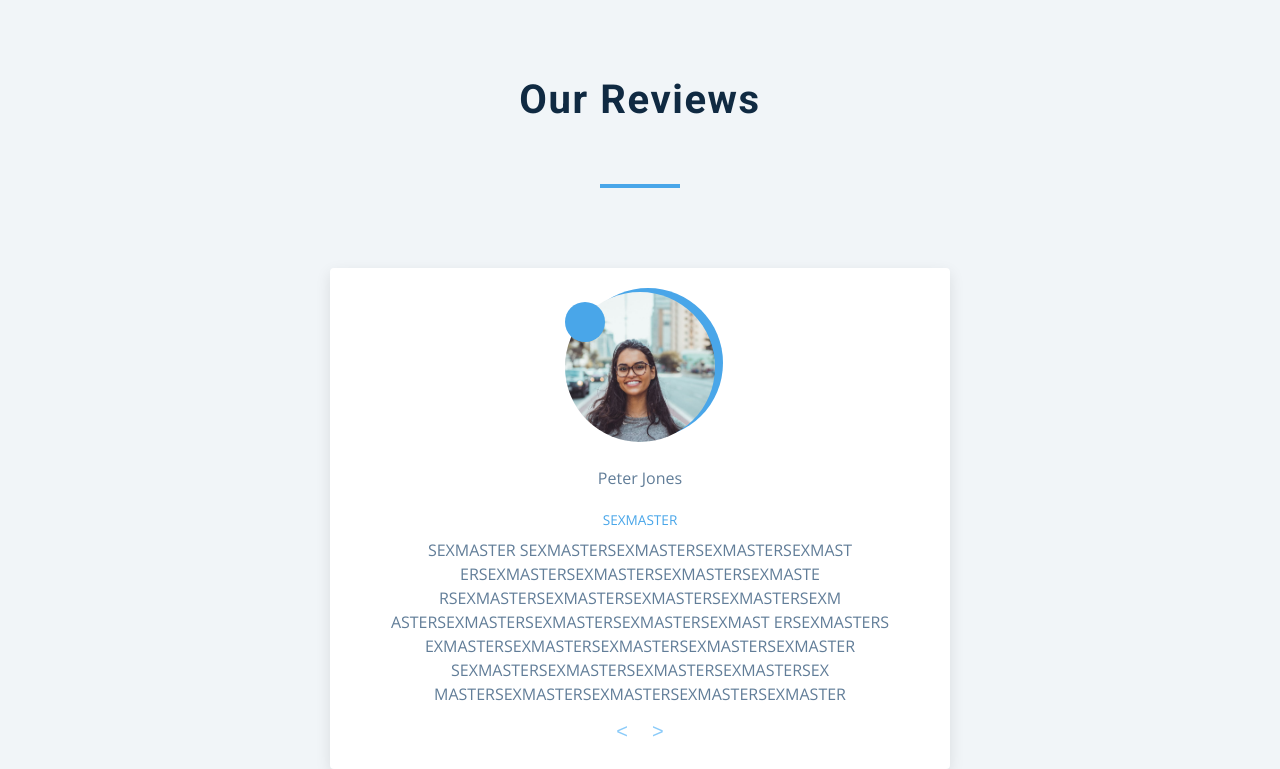
Repository: hseunghwan/practice-vanilla-javascript
Page: Carousel/Carousel.html
An editor plug-in stored every save of this project. The page is shown before and after the next save, followed by the edit.
The browser window is 1280 px wide. The pictures show the whole page.

Above is the page before, as saved 2023-05-10 20:40:38.

### Carousel/Carousel.html
<!DOCTYPE html>
<html>
    <head>
        <title>Carousel</title>
        <link rel="stylesheet" href="Carousel.css" />
        <script src="app.js"></script>
    </head>
    <body>
        <div class="section">
            <h2 class="title">Our Reviews</h2>
            <div class="underline"></div>
        </div>
        <div class="container section-center">
            <div class="main">
                <div class="review">
                    <div class="img-container">
                        <img src="person-1.jpeg" alt="" id="person-img" />
                    </div>
                    <p id="auther">Peter Jones</p>
                    <p id="job">SEXMASTER</p>
                    <p id="info">
                        SEXMASTER SEXMASTERSEXMASTERSEXMASTERSEXMAST ERSEXMASTERSEXMASTERSEXMASTERSEXMASTE RSEXMASTERSEXMASTERSEXMASTERSEXMASTERSEXM
                        ASTERSEXMASTERSEXMASTERSEXMASTERSEXMAST ERSEXMASTERS EXMASTERSEXMASTERSEXMASTERSEXMASTERSEXMASTER
                        SEXMASTERSEXMASTERSEXMASTERSEXMASTERSEX MASTERSEXMASTERSEXMASTERSEXMASTERSEXMASTER
                    </p>
                    <button class="prev-btn"><</button>
                    <button class="next-btn">></button>
                </div>
            </div>
        </div>
    </body>
</html>

### Carousel/Carousel.css
/*
===============
Fonts
===============
*/
@import url("https://fonts.googleapis.com/css?family=Open+Sans|Roboto:400,700&display=swap");

/*
===============
Variables
===============
*/

:root {
    /* dark shades of primary color*/
    --clr-primary-1: hsl(205, 86%, 17%);
    --clr-primary-2: hsl(205, 77%, 27%);
    --clr-primary-3: hsl(205, 72%, 37%);
    --clr-primary-4: hsl(205, 63%, 48%);
    /* primary/main color */
    --clr-primary-5: hsl(205, 78%, 60%);
    /* lighter shades of primary color */
    --clr-primary-6: hsl(205, 89%, 70%);
    --clr-primary-7: hsl(205, 90%, 76%);
    --clr-primary-8: hsl(205, 86%, 81%);
    --clr-primary-9: hsl(205, 90%, 88%);
    --clr-primary-10: hsl(205, 100%, 96%);
    /* darkest grey - used for headings */
    --clr-grey-1: hsl(209, 61%, 16%);
    --clr-grey-2: hsl(211, 39%, 23%);
    --clr-grey-3: hsl(209, 34%, 30%);
    --clr-grey-4: hsl(209, 28%, 39%);
    /* grey used for paragraphs */
    --clr-grey-5: hsl(210, 22%, 49%);
    --clr-grey-6: hsl(209, 23%, 60%);
    --clr-grey-7: hsl(211, 27%, 70%);
    --clr-grey-8: hsl(210, 31%, 80%);
    --clr-grey-9: hsl(212, 33%, 89%);
    --clr-grey-10: hsl(210, 36%, 96%);
    --clr-white: #fff;
    --clr-red-dark: hsl(360, 67%, 44%);
    --clr-red-light: hsl(360, 71%, 66%);
    --clr-green-dark: hsl(125, 67%, 44%);
    --clr-green-light: hsl(125, 71%, 66%);
    --clr-black: #222;
    --ff-primary: "Roboto", sans-serif;
    --ff-secondary: "Open Sans", sans-serif;
    --transition: all 0.3s linear;
    --spacing: 0.1rem;
    --radius: 0.25rem;
    --light-shadow: 0 5px 15px rgba(0, 0, 0, 0.1);
    --dark-shadow: 0 5px 15px rgba(0, 0, 0, 0.2);
    --max-width: 1170px;
    --fixed-width: 620px;
}
/*
===============
Global Styles
===============
*/

*,
::after,
::before {
    margin: 0;
    padding: 0;
    box-sizing: border-box;
}
body {
    font-family: var(--ff-secondary);
    background: var(--clr-grey-10);
    color: var(--clr-grey-1);
    line-height: 1.5;
    font-size: 0.875rem;
}
ul {
    list-style-type: none;
}
a {
    text-decoration: none;
}
h1,
h2,
h3,
h4 {
    letter-spacing: var(--spacing);
    text-transform: capitalize;
    line-height: 1.25;
    margin-bottom: 0.75rem;
    font-family: var(--ff-primary);
}
h1 {
    font-size: 3rem;
}
h2 {
    font-size: 2rem;
}
h3 {
    font-size: 1.25rem;
}
h4 {
    font-size: 0.875rem;
}
p {
    margin-bottom: 1.25rem;
    color: var(--clr-grey-5);
}
@media screen and (min-width: 800px) {
    h1 {
        font-size: 4rem;
    }
    h2 {
        font-size: 2.5rem;
    }
    h3 {
        font-size: 1.75rem;
    }
    h4 {
        font-size: 1rem;
    }
    body {
        font-size: 1rem;
    }
    h1,
    h2,
    h3,
    h4 {
        line-height: 1;
    }
}
/*  global classes */

/* section */
.section {
    padding: 5rem 0;
}

.section-center {
    width: 90vw;
    margin: 0 auto;
    max-width: 1170px;
}
@media screen and (min-width: 992px) {
    .section-center {
        width: 95vw;
    }
}
main {
    min-height: 100vh;
    display: grid;
    place-items: center;
}

/*
===============
Reviews
===============
*/
main {
    min-height: 100vh;
    display: grid;
    place-items: center;
}
.title {
    text-align: center;
    margin-bottom: 4rem;
}
.underline {
    height: 0.25rem;
    width: 5rem;
    background: var(--clr-primary-5);
    margin-left: auto;
    margin-right: auto;
}
.container {
    width: 80vw;
    max-width: var(--fixed-width);
}
.review {
    background: var(--clr-white);
    padding: 1.5rem 2rem;
    border-radius: var(--radius);
    box-shadow: var(--light-shadow);
    transition: var(--transition);
    text-align: center;
}
.review:hover {
    box-shadow: var(--dark-shadow);
}
.img-container {
    position: relative;
    width: 150px;
    height: 150px;
    border-radius: 50%;
    margin: 0 auto;
    margin-bottom: 1.5rem;
}
#person-img {
    width: 100%;
    display: block;
    height: 100%;
    object-fit: cover;
    border-radius: 50%;
    position: relative;
}
.img-container::after {
    font-family: "Font Awesome 5 Free";
    font-weight: 900;
    content: "\f10e";
    position: absolute;
    top: 0;
    left: 0;
    width: 2.5rem;
    height: 2.5rem;
    display: grid;
    place-items: center;
    border-radius: 50%;
    transform: translateY(25%);
    background: var(--clr-primary-5);
    color: var(--clr-white);
}
.img-container::before {
    content: "";
    width: 100%;
    height: 100%;
    background: var(--clr-primary-5);
    position: absolute;
    top: -0.25rem;
    right: -0.5rem;
    border-radius: 50%;
}
#author {
    margin-bottom: 0.25rem;
}
#job {
    margin-bottom: 0.5rem;
    text-transform: uppercase;
    color: var(--clr-primary-5);
    font-size: 0.85rem;
}
#info {
    margin-bottom: 0.75rem;
}
.prev-btn,
.next-btn {
    color: var(--clr-primary-7);
    font-size: 1.25rem;
    background: transparent;
    border-color: transparent;
    margin: 0 0.5rem;
    transition: var(--transition);
    cursor: pointer;
}
.prev-btn:hover,
.next-btn:hover {
    color: var(--clr-primary-5);
}
.random-btn {
    margin-top: 0.5rem;
    background: var(--clr-primary-10);
    color: var(--clr-primary-5);
    padding: 0.25rem 0.5rem;
    text-transform: capitalize;
    border-radius: var(--radius);
    transition: var(--transition);
    border-color: var(--clr-primary-5);
    cursor: pointer;
}
.random-btn:hover {
    background: var(--clr-primary-5);
    color: var(--clr-primary-1);
}

Loaded but not shown: Carousel/app.js (no stored copy; drawn as an empty file)

After the next save:
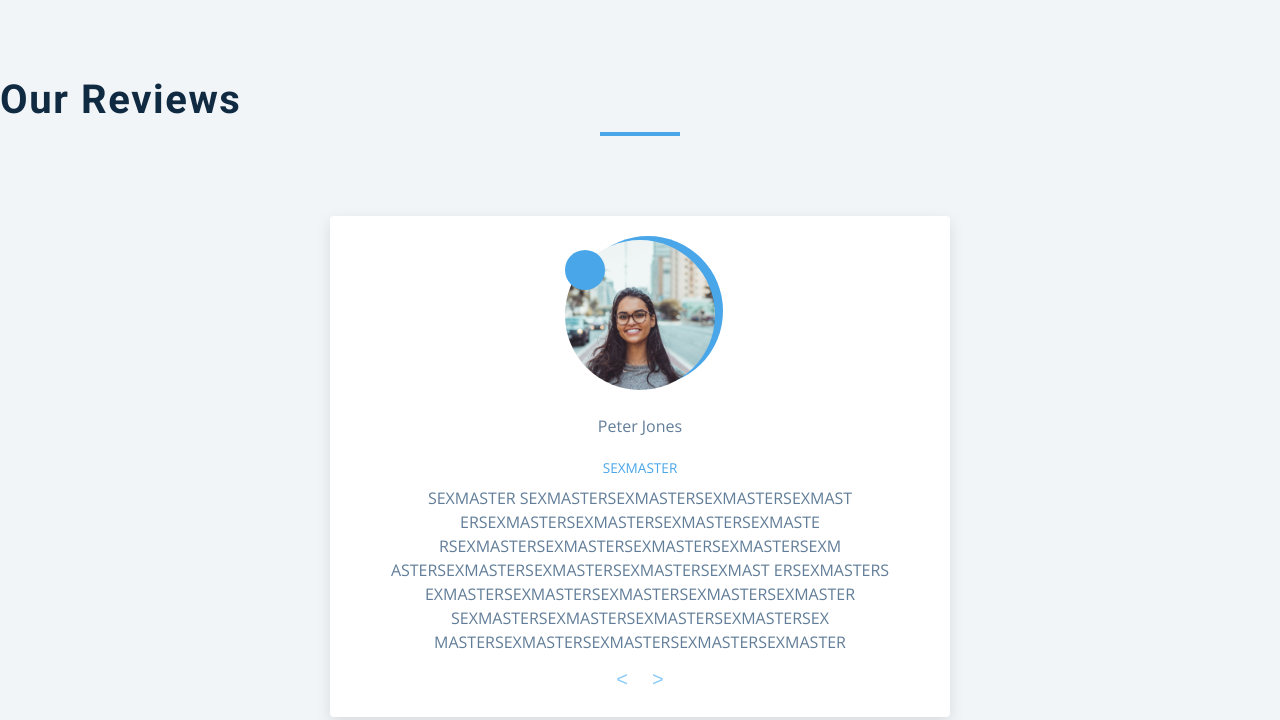
Saved 3 min 9 s later.
--- a/Carousel/Carousel.html
+++ b/Carousel/Carousel.html
@@ -7,7 +7,7 @@
     </head>
     <body>
         <div class="section">
-            <h2 class="title">Our Reviews</h2>
+            <h2>Our Reviews</h2>
             <div class="underline"></div>
         </div>
         <div class="container section-center">
